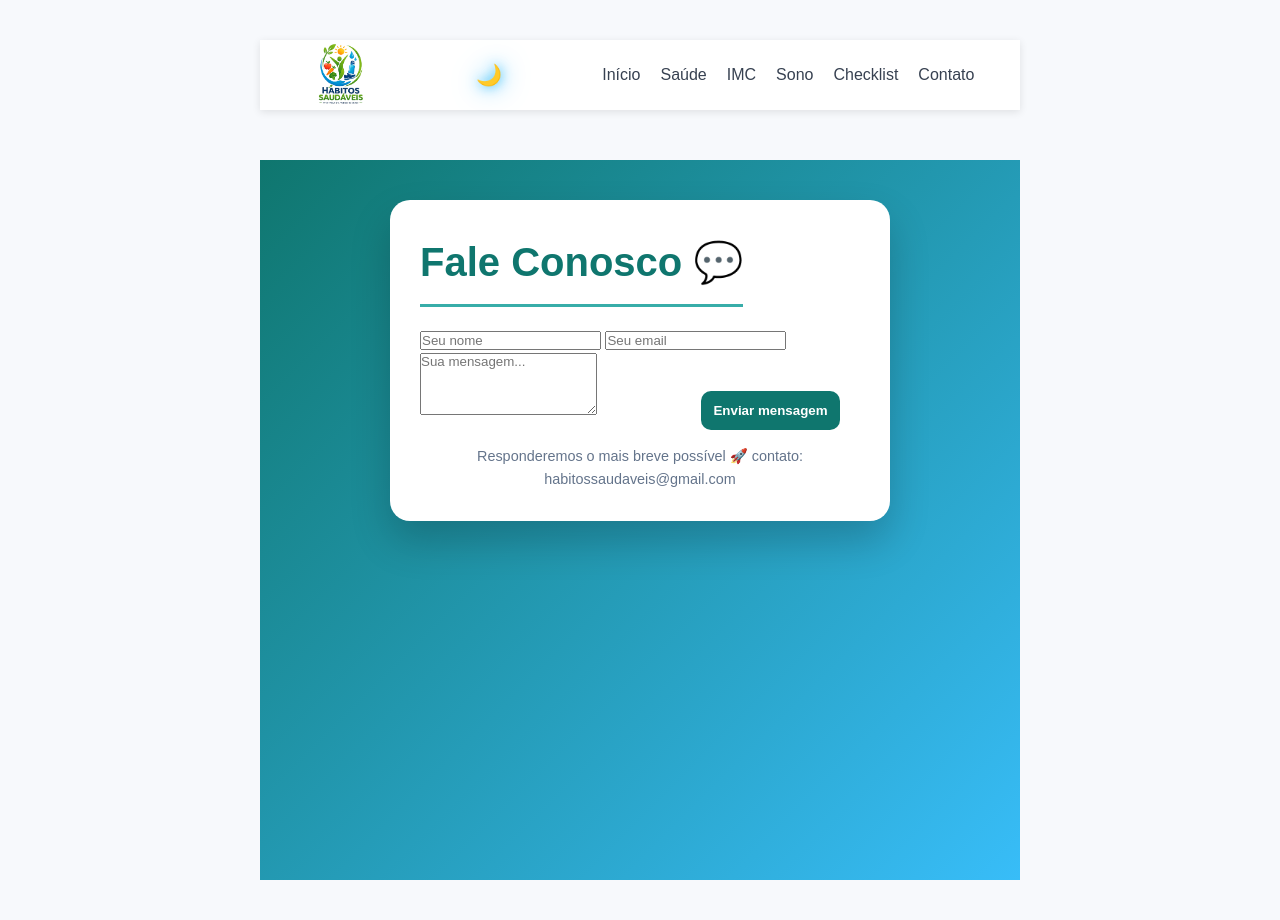
Repository: habitos2026/projetointegrador2026
Page: contato.html
The author's editor kept a copy of each file at every save. The page is drawn from the files as they stood at one save, then again after the next save.
The browser window is 1280 px wide. The pictures show the whole page.

Above is the page before, as saved 2026-06-10 23:12:02.

### contato.html
<!DOCTYPE html>
<html lang="pt-br">
<head>
<meta charset="UTF-8">
<meta name="viewport" content="width=device-width, initial-scale=1.0">
<title>Contato</title>

<link rel="stylesheet" href="estilos.css">

<style>

    :root {
            --cor-mente: #6a89cc;    /* Azul sereno */
            --cor-fisico: #38ada9;   /* Verde energia */
            --cor-agua: #4a69bd;     /* Azul hidratação */
            --cor-fundo: #f7f9fc;
        }

        /* Animação de Entrada */
        @keyframes fadeInUp {
            from {
                opacity: 0;
                transform: translateY(20px);
            }
            to {
                opacity: 1;
                transform: translateY(0);
            }
        }

        body {
            font-family: 'Segoe UI', Roboto, sans-serif;
            line-height: 1.6;
            background-color: var(--cor-fundo);
            color: #2f3542;
            max-width: 800px;
            margin: 0 auto;
            padding: 40px 20px;
        }

        header {
            text-align: center;
            margin-bottom: 50px;
            animation: fadeInUp 0.8s ease-out;
        }

        h1 {
            color: var(--cor-mente);
            font-size: 2.5rem;
            border-bottom: 3px solid var(--cor-fisico);
            display: inline-block;
            padding-bottom: 10px;
        }

        section {
            background: white;
            padding: 30px;
            border-radius: 15px;
            box-shadow: 0 10px 25px rgba(0,0,0,0.05);
            animation: fadeInUp 1s ease-out;
        }

        h2 {
            color: var(--cor-fisico);
            margin-top: 30px;
            display: flex;
            align-items: center;
            gap: 10px;
        }

/* ÁREA SÓ DO CONTATO */
.contato-page {
    background: linear-gradient(135deg, #0f766e, #38bdf8);
    min-height: 100vh;
    padding: 40px 10px;
}

/* CARD */
.contato-box {
    max-width: 500px;
    margin: auto;
    background: white;
    padding: 30px;
    border-radius: 20px;
    box-shadow: 0 20px 40px rgba(0,0,0,0.2);
    animation: subir 0.6s ease;
}

/* ANIMAÇÃO */
@keyframes subir {
    from {
        opacity: 0;
        transform: translateY(40px);
    }
    to {
        opacity: 1;
        transform: translateY(0);
    }
}

.contato-box h1 {
    text-align: center;
    color: #0f766e;
    margin-bottom: 20px;
}

/* FORM */
.contato-form {
    display: flex;
    flex-direction: column;
    gap: 15px;
}

.contato-form input,
.contato-form textarea {
    padding: 12px;
    border-radius: 10px;
    border: 1px solid #cbd5e1;
    outline: none;
    transition: 0.3s;
    font-size: 1rem;
}

.contato-form input:focus,
.contato-form textarea:focus {
    border-color: #0f766e;
    box-shadow: 0 0 8px rgba(15,118,110,0.3);
}

/* BOTÃO */
.contato-form button {
    padding: 12px;
    border: none;
    border-radius: 10px;
    background: #0f766e;
    color: white;
    font-weight: bold;
    cursor: pointer;
    transition: 0.3s;
}

.contato-form button:hover {
    background: #115e59;
    transform: scale(1.03);
    cursor: pointer;
}

.contato-box button{
    padding: 12px;
    margin-left: 100px;
    border: none;
    border-radius: 10px;
    background: #0f766e;
    color: white;
    font-weight: bold;
    cursor: pointer;
    transition: 0.3s;
}

/* TEXTO */
.info {
    text-align: center;
    margin-top: 15px;
    color: #64748b;
    font-size: 0.9rem;
}

</style>

</head>

<body>

<div id="menu"></div>

<div class="contato-page">

    <div class="contato-box">
        <h1>Fale Conosco 💬</h1>

        <form class= method="post">
            <input type="text" placeholder="Seu nome" required>
            <input type="email" placeholder="Seu email" required>
            <textarea rows="4" placeholder="Sua mensagem..." required></textarea>
            <button type="submit">Enviar mensagem</button>
        </form>

        <div class="info">
            Responderemos o mais breve possível 🚀  contato: habitossaudaveis@gmail.com
        </div>
    </div>

</div>

<script src="trabalho.js"></script>

</body>
</html>

### estilos.css
:root{
    --cinza245: rgb(245,245,245);
    --cinza220: rgb(220,220,220);
    --cinza128: rgb(128,128,128);
    --azul: rgb(0,80,120);
    --amarelo: yellow;
}

/* RESET */
*{
    margin:0;
    padding:0;
    box-sizing:border-box;
    font-family:Arial, sans-serif;
}

body{
    background:#f5f7fb;
    color:#1f2937;
}

/* HEADER */
header{
    background:white;
    height:70px;

    display:flex;
    align-items:center;
    justify-content:space-between;

    padding:0 6%;

    box-shadow:0 2px 8px rgba(0,0,0,0.1);
}

/* LOGO */
.logo{
    height:100%;
    width:auto;
}

/* MENU */
.menu{
    display:flex;
    align-items:center;
    gap:20px;
}

.menu a{
    text-decoration:none;
    color:#374151;
    transition: 0.5s;

}

.menu a:hover{
    color:#0f766e;
    text-shadow: 0 0 6px #01b3a4;
}

/* TOPO MENU MOBILE */
.topoMenu{
    display:none;
}

/* BOTÃO MENU */
.botaoMenu{
    border:none;
    background:transparent;

    display:none;
    flex-direction:column;

    gap:6px;

    cursor:pointer;
    transition:0.5s;
}

.botaoMenu div{
    width:28px;
    height:3px;

    background:black;
    transition:0.5s;
}

/* MAIN */
main{
    max-width:800px;

    margin:40px auto;

    background:white;

    padding:30px;

    border-radius:10px;
}

/* TEXTOS */
h1{
    color:#0f766e;
    margin-bottom:10px;
}

p{
    margin-bottom:15px;
}

/* BANNER */
.bannerIndexInicio{
    width:100%;
    height:300px;
    overflow:hidden;
}

.bannerIndexInicio img{
    width:100%;
    height:100%;

    object-fit:cover;
    display:block;
}

.bannerIndex{
    height:100%;

    display:flex;
    justify-content:center;

    overflow:hidden;

    aspect-ratio:16/9;
}

.bannerIndex img{
    width:70%;
    height:80%;

    object-fit:cover;
}

/* BOX ÁGUA */
.agua-box{
    background:#ecfeff;

    padding:20px;

    border-radius:15px;

    margin-bottom:20px;
}

.agua-box h2{
    color:#0f766e;
    margin-bottom:10px;
}

.agua-box input{
    width:100%;

    padding:10px;

    margin-bottom:10px;

    border-radius:8px;

    border:1px solid #ccc;
}

.agua-box button{
    width:100%;

    padding:12px;

    background:#0f766e;

    color:white;

    border:none;

    border-radius:8px;

    cursor:pointer;

    transition:0.5s;
}

.agua-box button:hover{
    background:#115e59;

    transform:scale(1.01);

    box-shadow:
    0 0 10px rgb(1, 255, 234),
    0 0 15px rgb(0, 173, 253);
}

#resultadoAgua{
    margin-top:10px;
    font-weight:bold;
}

/* LISTAS */
.listas{
    width:65%;

    display:grid;

    grid-template-columns:repeat(2, 1fr);

    gap:1rem;
}

/* IMAGENS SAÚDE */
.Saude .Imagem img{

    width:35%;

    height:auto;

    object-fit:cover;

    border-radius:15px;

    transition:0.4s;
}

.Saude .Imagem img:hover{

    transform:scale(1.05);

    box-shadow:
    0 0 10px cyan,
    0 0 20px cyan,
    0 0 40px cyan;
}

.imc-box{
    background:#0f766e;

    padding:20px;

    border-radius:20px;

    margin-top:3rem;


}

.imc-box input{
    width:100%;

    padding:10px;

    margin-bottom:10px;

    border-radius:8px;

    border:1px solid #ccc;
}

.imc-box button{
    width:100%;

    padding:12px;

    background: white;

    border: none;

    border-radius:8px;

    cursor:pointer;

    transition:0.5s;
}

.imc-box button:hover{
    background:#f0f0f0;

    transform:scale(1.002);

    box-shadow:
    0 0 6px rgb(1, 255, 234),
    0 0 8px rgb(0, 173, 253),
    0 0 15px  rgba(18, 165, 153);
}

#resultado{
    margin-top:20px;

    font-weight:bold;

    display: flex;

    flex-direction: column;

    align-items: center;

    gap: 10px;

}

#botaoFecharMenu{
    border:none;

    background:transparent;

    box-shadow: none;

    font-size:20px;

    cursor:pointer;

    transition: 0.5s;

    border-radius: 100px;

}


#botaoFecharMenu:hover{
    color: red;
    text-shadow:  0 0 11px rgb(255, 0, 0);
}

#botaoFecharMenu:active{
  animation: clickEffect 0.2s ease;
}


/* ===== BOTÃO TEMA ===== */

/* Tema CLARO ativo — botão mostra 🌙 — neon azul */
#btnTema {
    background: transparent;
    border: none;
    border-radius: 50%;
    width: 38px;
    height: 38px;
    font-size: 1.3rem;
    cursor: pointer;
    transition: all 0.3s;
    filter: drop-shadow(0 0 6px #38bdf8) drop-shadow(0 0 12px #7dd3fc);
}

#btnTema:hover {
    transform: scale(1.12) rotate(10deg);
    filter: drop-shadow(0 0 10px #38bdf8) drop-shadow(0 0 20px #7dd3fc);
}

/* Tema ESCURO ativo — botão mostra ☀️ — neon amarelo */
body.dark #btnTema {
    border: none;
    box-shadow: none;
    filter: drop-shadow(0 0 6px #f59e0b) drop-shadow(0 0 12px #fbbf24);
}

body.dark #btnTema:hover {
    transform: scale(1.2) rotate(50deg);
    filter: drop-shadow(0 0 10px #f59e0b) drop-shadow(0 0 20px #fbbf24);
}

/* ===== DARK MODE ===== */
body.dark {
    background: #0a0f1e;
    color: #e2e8f0;
}

body.dark header {
    background: #0d1b2a;
    box-shadow: 0 2px 8px rgba(0,0,0,0.5);
}

body.dark .menu {
    background: #0d1b2a;
}

body.dark .menu a {
    color: #94a3b8;
    border-bottom-color: #1e3a5f;
}

body.dark .menu a:hover {
    color: #7dd3fc;
    text-shadow: 0 0 6px #7dd3fc88;
}

body.dark main,
body.dark section {
    background: #0d1b2a;
    box-shadow: 0 4px 20px rgba(0,0,0,0.3);
}

body.dark .logo {
    filter: brightness(0.9) drop-shadow(0 0 6px rgba(56, 189, 248, 0.4));
    border-radius: 50%;
    background: transparent;
    mix-blend-mode: screen;
}

body.dark h1 {
    color: #38bdf8;
    text-shadow: 0 0 8px #38bdf855;
}

body.dark h2 {
    color: #7dd3fc;
    text-shadow: none;
}

body.dark .agua-box {
    background: #0d2137;
    border: 1px solid #1e3a5f;
}

body.dark .agua-box input,
body.dark .imc-box input,
body.dark .contato-form input,
body.dark .contato-form textarea {
    background: #0a0f1e;
    color: #e2e8f0;
    border-color: #1e3a5f;
}

body.dark .habit-item {
    background: #0d1b2a;
    color: #e2e8f0;
}

body.dark .barra {
    background: #1e293b;
}

body.dark .barra span {
    background: #38bdf8;
}

body.dark li {
    background: #0d1b2a;
    border-left-color: #38bdf8;
    color: #e2e8f0;
}

body.dark li:hover {
    background: #0d2137;
}

body.dark .contato-box {
    background: #0d1b2a;
}

body.dark .contato-form input,
body.dark .contato-form textarea {
    background: #0a0f1e;
    color: #e2e8f0;
    border-color: #1e3a5f;
}

body.dark footer {
    color: #475569;
}

@keyframes clickEffect {
  0% {
    transform: scale(1);
    text-shadow: 0 0 10px red;
  }
  50% {
    transform: scale(0.95);
    text-shadow: 0 0 20px red;
  }
  100% {
    transform: scale(1);
    text-shadow: 0 0 10px red;
  }
}

/* ANIMAÇÃO */
@keyframes subir{

    from{
        opacity:0;
        transform:translateY(-20px);
    }

    to{
        opacity:1;
        transform:translateY(0);
    }

}

/* MOBILE */
@media screen and (max-width:950px){

    .botaoMenu{
        display:flex;

        animation:subir 0.5s ease;
    }

    .botaoMenu:hover{
        transform: scale(1.03);
    }
    .botaoMenu:hover div{
        box-shadow: 0 10px 15px rgba(0,0,0,0.4);

    }

    .menu{
        position:fixed;

        top:0;
        right:-100%;

        width:80%;
        height:100vh;

        background:white;

        flex-direction:column;

        align-items:flex-start;

        padding:30px;

        transition: right 0.5s;

        z-index:999;
    }

    .menu a{
        width:100%;

        padding:12px 0;


        border-bottom:1px solid var(--cinza220);

        text-decoration:none;

        color:#374151;

        transition: 0.10s;

}

    .menu a:hover{
    color:#0f766e;
    text-shadow: 0 0 6px #01b3a4;
    border: #01b3a4 1px solid;
    transition: 0.5s;
}

    .topoMenu{
        display:flex;

        width:100%;

        justify-content:space-between;

        align-items:center;

        margin-bottom:30px;
    }

    .topoMenu button{
        border:none;

        background:transparent;

        font-size:20px;

        cursor:pointer;
    }

    main{
        margin:20px;
    }

    .bannerIndex img{
        width:100%;
        height:220px;
    }

    .listas{
        width:100%;

        grid-template-columns:1fr;
    }

    .Saude .Imagem img{
        width:100%;
    }
}

### trabalho.js
// ===== DARK MODE — roda ANTES de tudo =====
if (localStorage.getItem("tema") === "dark") {
    document.body.classList.add("dark");
}

// ===== MENU =====
fetch("menu.html")
.then(res => res.text())
.then(data => {

    document.getElementById("menu").innerHTML = data;

    // Botão tema
    const btnTema = document.getElementById("btnTema");
    btnTema.textContent = document.body.classList.contains("dark") ? "☀️" : "🌙";

    btnTema.addEventListener("click", () => {
        document.body.classList.toggle("dark");
        const temaDark = document.body.classList.contains("dark");
        localStorage.setItem("tema", temaDark ? "dark" : "light");
        btnTema.textContent = temaDark ? "☀️" : "🌙";
    });

    // Botões do menu mobile
    const abrir = document.querySelector(".botaoMenu");
    const fechar = document.querySelector("#botaoFecharMenu");
    const menu = document.querySelector("#menuNav");

    abrir.addEventListener("click", () => {
        menu.style.right = "0";
    });

    fechar.addEventListener("click", () => {
        menu.style.right = "-100%";
    });

});

// ===== RESTO DAS FUNÇÕES =====

function calc() {
    const checks = document.querySelectorAll('.habit-item input');
    let marcados = 0;

    checks.forEach(check => {
        if(check.checked) marcados++;
    });

    let porcentagem = (marcados / checks.length) * 100;

    document.getElementById("pct").innerText = Math.round (porcentagem) + "%";
    document.getElementById("bar").style.width = porcentagem + "%";

    const msg = document.getElementById("msg");
    const imgGif = document.getElementById("imgGif");

    if (porcentagem === 100) {

    msg.innerText = "Parabéns! Você completou todos os hábitos 🎉";

    lancarConfetes();

} else {

    msg.innerText = "";
    imgGif.innerHTML = "";

}
}

const data = document.getElementById("data");
if (data) {
    data.addEventListener("click", () => {
        data.showPicker();
    });
}

function calcularAgua() {
    const peso = parseFloat(document.getElementById("peso").value);
    const idade = parseInt(document.getElementById("idade").value);

    if (isNaN(peso) || peso <= 0 || isNaN(idade) || idade <= 0) {
        document.getElementById("resultadoAgua").innerText = "Por favor, preencha peso e idade corretamente.";
        return;
    }

    let mlPorKg;

    if (idade <= 17) mlPorKg = 40;
    else if (idade <= 55) mlPorKg = 35;
    else if (idade <= 65) mlPorKg = 30;
    else mlPorKg = 25;

    const totalMl = peso * mlPorKg;
    const totalLitros = (totalMl / 1000).toFixed(1);

    document.getElementById("resultadoAgua").innerText =
        `Você deve beber aproximadamente ${totalLitros}L de água por dia.`;
}

function lancarConfetes() {

    // Evita lançar várias vezes
    if (document.getElementById("confetes")) return;

    const canvas = document.createElement("canvas");
    canvas.id = "confetes";

    // Cobre a tela toda
    canvas.style.cssText = `
        position: fixed;
        top: 0;
        left: 0;
        width: 100%;
        height: 100%;
        pointer-events: none;
        z-index: 9999;
    `;

    document.body.appendChild(canvas);

    const ctx = canvas.getContext("2d");
    canvas.width = window.innerWidth;
    canvas.height = window.innerHeight;

    // Cores dos confetes
    const cores = [
        "#f59e0b", "#38bdf8", "#34d399",
        "#f472b6", "#a78bfa", "#fb923c"
    ];

    // Cria 150 confetes
    const confetes = Array.from({ length: 150 }, () => ({
        x: Math.random() * canvas.width,
        y: Math.random() * -canvas.height,
        w: Math.random() * 10 + 6,
        h: Math.random() * 5 + 3,
        cor: cores[Math.floor(Math.random() * cores.length)],
        velocidade: Math.random() * 4 + 2,
        angulo: Math.random() * 360,
        rotacao: Math.random() * 6 - 3,
        oscilacao: Math.random() * 2 - 1
    }));

    let frame;
    let tempo = 0;

    function animar() {
        ctx.clearRect(0, 0, canvas.width, canvas.height);
        tempo++;

        confetes.forEach(c => {
            c.y += c.velocidade;
            c.x += c.oscilacao;
            c.angulo += c.rotacao;

            ctx.save();
            ctx.translate(c.x, c.y);
            ctx.rotate((c.angulo * Math.PI) / 180);
            ctx.fillStyle = c.cor;
            ctx.fillRect(-c.w / 2, -c.h / 2, c.w, c.h);
            ctx.restore();
        });

        // Para após 4 segundos
        if (tempo < 240) {
            frame = requestAnimationFrame(animar);
        } else {
            cancelAnimationFrame(frame);
            canvas.remove();
        }
    }

    animar();
}

### menu.html
<header>

    <img class="logo" src="pasta-de-imagens/Logo.png" alt="Logo">

    <button id="btnTema" title="Alternar tema">🌙</button>

    <button class="botaoMenu">

        <div></div>
        <div></div>
        <div></div>

    </button>

    <nav id="menuNav" class="menu">

        <div class="topoMenu">

            <h3>Menu</h3>
            <button id="botaoFecharMenu">X</button>
            <button id="abrirMenu" class="botaoMenu"></button>

        </div>

        <a href="index.html">Início</a>
        <a href="saude.html">Saúde</a>
        <a href="imc.html">IMC</a>
        <a href="sono.html">Sono</a>
        <a href="checklist.html">Checklist</a>
        <a href="contato.html">Contato</a>

    </nav>

</header>

After the next save:
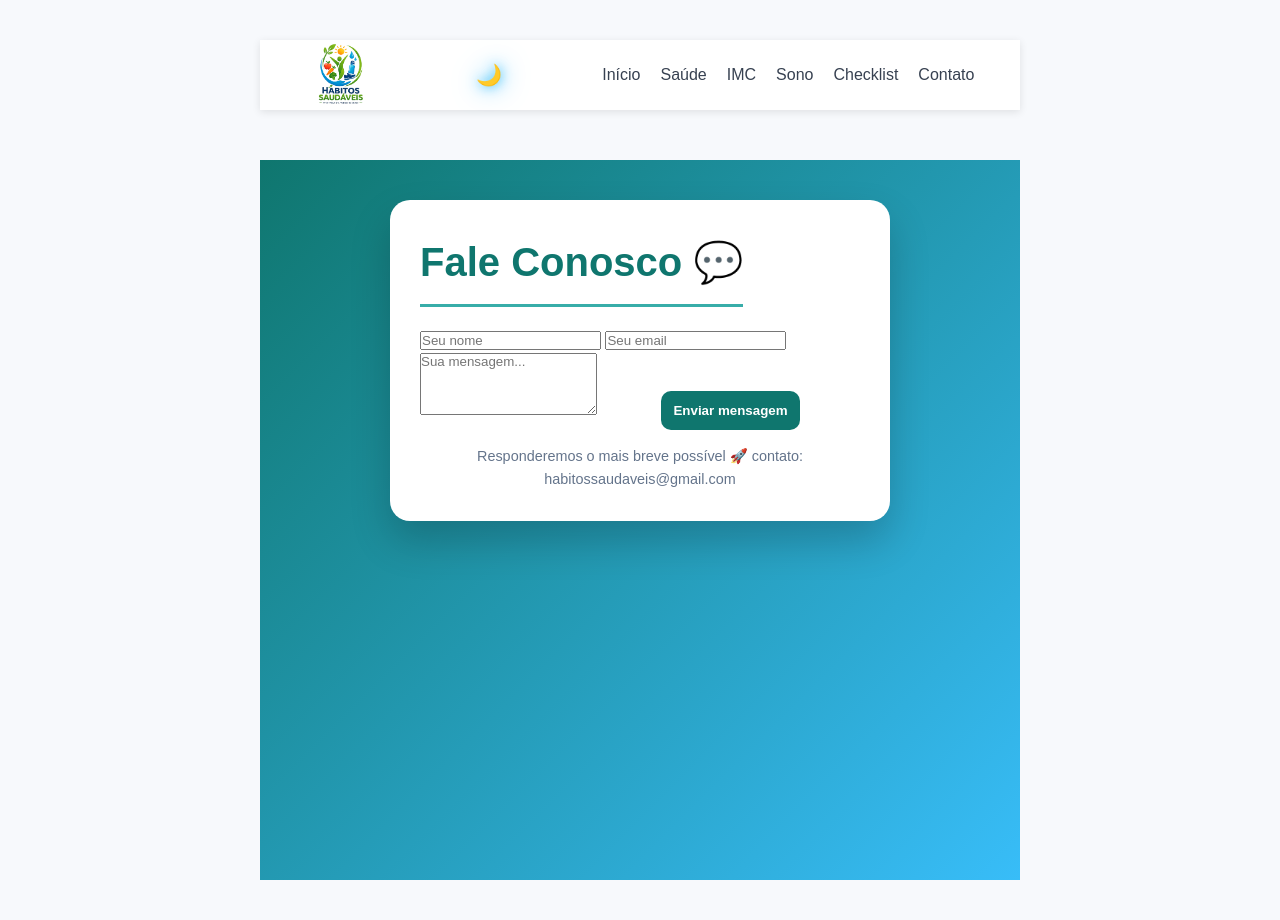
Saved 10 s later.
--- a/contato.html
+++ b/contato.html
@@ -147,7 +147,7 @@
 
 .contato-box button{
     padding: 12px;
-    margin-left: 100px;
+    margin-left: 60px;
     border: none;
     border-radius: 10px;
     background: #0f766e;
